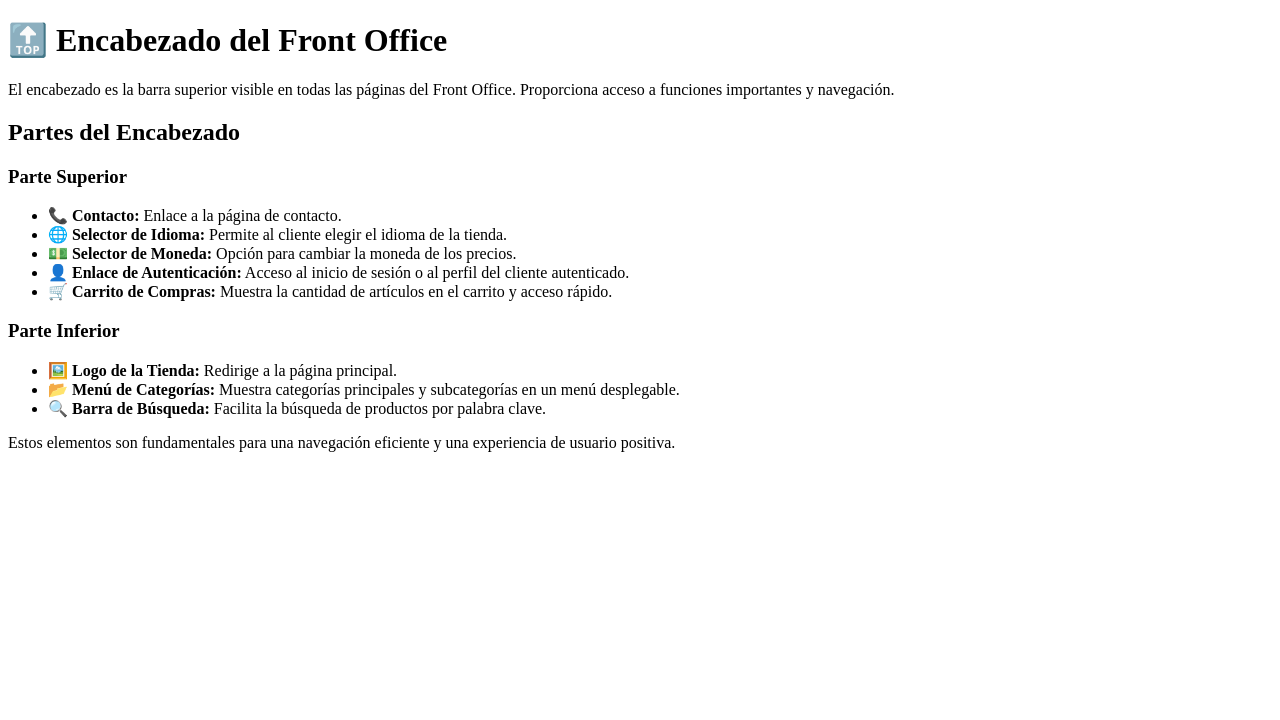
Repository: mag00s/documentacion-prestashop
Page: header.html
These files come from the project's save history. The page is drawn as it stood at one moment and after the next save; the edit follows.
The browser window is 1280 px wide. The pictures show the whole page.

Above is the page before, as saved 2024-11-13 16:42:42.

After the next save:
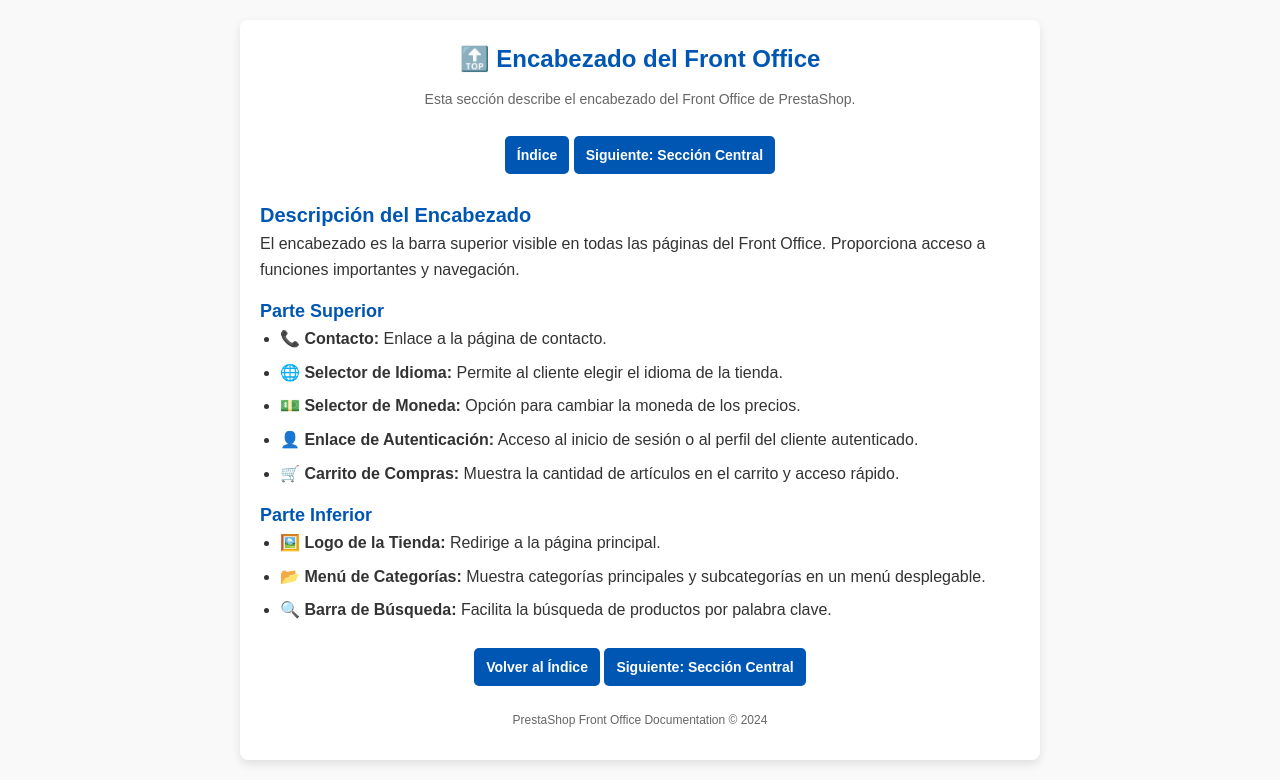
Saved 41 s later.
--- a/header.html
+++ b/header.html
@@ -2,31 +2,50 @@
 <html lang="es">
 <head>
     <meta charset="UTF-8">
+    <meta name="viewport" content="width=device-width, initial-scale=1.0">
     <title>Encabezado del Front Office - Manual</title>
+    <link rel="stylesheet" href="styles.css">
 </head>
 <body>
-    <header>
-        <h1>🔝 Encabezado del Front Office</h1>
-        <p>El encabezado es la barra superior visible en todas las páginas del Front Office. Proporciona acceso a funciones importantes y navegación.</p>
+    <div class="container">
+        <header>
+            <h1>🔝 Encabezado del Front Office</h1>
+            <p>Esta sección describe el encabezado del Front Office de PrestaShop.</p>
+        </header>
 
-        <h2>Partes del Encabezado</h2>
-        <h3>Parte Superior</h3>
-        <ul>
-            <li>📞 <strong>Contacto:</strong> Enlace a la página de contacto.</li>
-            <li>🌐 <strong>Selector de Idioma:</strong> Permite al cliente elegir el idioma de la tienda.</li>
-            <li>💵 <strong>Selector de Moneda:</strong> Opción para cambiar la moneda de los precios.</li>
-            <li>👤 <strong>Enlace de Autenticación:</strong> Acceso al inicio de sesión o al perfil del cliente autenticado.</li>
-            <li>🛒 <strong>Carrito de Compras:</strong> Muestra la cantidad de artículos en el carrito y acceso rápido.</li>
-        </ul>
+        <nav>
+            <a href="index.html" class="button-link">Índice</a>
+            <a href="central-section.html" class="button-link">Siguiente: Sección Central</a>
+        </nav>
 
-        <h3>Parte Inferior</h3>
-        <ul>
-            <li>🖼️ <strong>Logo de la Tienda:</strong> Redirige a la página principal.</li>
-            <li>📂 <strong>Menú de Categorías:</strong> Muestra categorías principales y subcategorías en un menú desplegable.</li>
-            <li>🔍 <strong>Barra de Búsqueda:</strong> Facilita la búsqueda de productos por palabra clave.</li>
-        </ul>
+        <section>
+            <h2>Descripción del Encabezado</h2>
+            <p>El encabezado es la barra superior visible en todas las páginas del Front Office. Proporciona acceso a funciones importantes y navegación.</p>
 
-        <p>Estos elementos son fundamentales para una navegación eficiente y una experiencia de usuario positiva.</p>
-    </header>
+            <h3>Parte Superior</h3>
+            <ul>
+                <li>📞 <strong>Contacto:</strong> Enlace a la página de contacto.</li>
+                <li>🌐 <strong>Selector de Idioma:</strong> Permite al cliente elegir el idioma de la tienda.</li>
+                <li>💵 <strong>Selector de Moneda:</strong> Opción para cambiar la moneda de los precios.</li>
+                <li>👤 <strong>Enlace de Autenticación:</strong> Acceso al inicio de sesión o al perfil del cliente autenticado.</li>
+                <li>🛒 <strong>Carrito de Compras:</strong> Muestra la cantidad de artículos en el carrito y acceso rápido.</li>
+            </ul>
+
+            <h3>Parte Inferior</h3>
+            <ul>
+                <li>🖼️ <strong>Logo de la Tienda:</strong> Redirige a la página principal.</li>
+                <li>📂 <strong>Menú de Categorías:</strong> Muestra categorías principales y subcategorías en un menú desplegable.</li>
+                <li>🔍 <strong>Barra de Búsqueda:</strong> Facilita la búsqueda de productos por palabra clave.</li>
+            </ul>
+        </section>
+
+        <footer>
+            <nav>
+                <a href="index.html" class="button-link">Volver al Índice</a>
+                <a href="central-section.html" class="button-link">Siguiente: Sección Central</a>
+            </nav>
+            <p>PrestaShop Front Office Documentation © 2024</p>
+        </footer>
+    </div>
 </body>
 </html>
